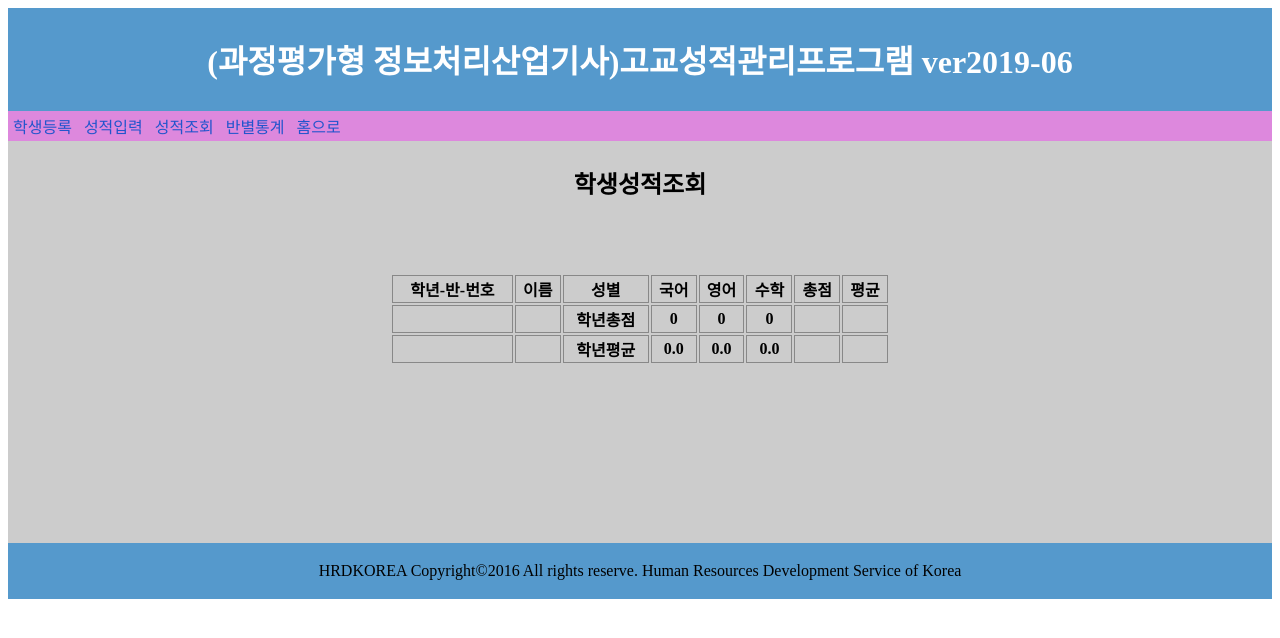
Repository: bolbbal/jdbc
Page: http://localhost/cbq_99/sub3.jsp
These files come from the project's save history. The page is drawn as it stood at one moment and after a run of saves; the edit follows.
The browser window is 1280 px wide. The pictures show the whole page.
The page is served by Tomcat 9. Queries for data that is not in the repository find no rows.

Above is the page before, as saved 2024-08-26 08:07:05.

### javastudy18/jspStudy/cbq_99/cbq_99/WebContent/sub3.jsp
<%@ page language="java" contentType="text/html; charset=UTF-8"
	pageEncoding="UTF-8"%>
<%@ page import="Model.*"%>
<%@ page import="java.sql.*"%>
<%@ page import="java.util.*"%>
<%@ page import="java.text.*"%>
<%
	ScoreDao dao = new ScoreDao();
	List<ScoreVo> list = dao.selectScore();
	ScoreVo totVo = dao.selectScoreTot();
	ScoreVo aveVo = dao.selectScoreAve();
%>
<!DOCTYPE html>
<html>
<head>
<meta charset="UTF-8">
<title>고교성적관리</title>
<style>
header {
	background: #59c;
	padding: 1px;
}

h1 {
	color: #fff;
	text-align: center;
	padding: 6px
}

nav {
	background: #D8D;
	padding: 1px
}

a {
	text-decoration: none;
	color: #25C;
	display: inline-block;
	padding: 2px 4px;
}

section {
	padding: 1px;
	background: #CCC;
	height:400px;
}

h2 {
	text-align: center;
	padding: 3px;
}

footer {
	background: #59c;
	padding: 1px;
}

footer p {
	text-align: center;
	padding: 2px;
}

tr, th, td {
	border-style: solid;
	border-width: 1px;
	border-color: #888;
}

table {
	margin: 0 auto;
	text-align:center;
	width: 600px;
	padding: 50px;
}
</style>

</head>
<body>
	<header>
		<h1>(과정평가형 정보처리산업기사)고교성적관리프로그램 ver2019-06</h1>
	</header>
	<nav>
		<a href="sub1.jsp">학생등록</a>
		<a href="sub2.jsp">성적입력</a>
		<a href="sub3.jsp">성적조회</a>
		<a href="sub4.jsp">반별통계</a>
		<a href="index.jsp">홈으로</a>
	</nav>
	<section>
		<h2>학생성적조회</h2>
		<form name="my" method="post" action="sub2pro.jsp" onsubmit="return check()">
			<table>
				<tr>
					<th>학년-반-번호</th>
					<th>이름</th>
					<th>성별</th>
					<th>국어</th>
					<th>영어</th>
					<th>수학</th>
					<th>총점</th>
					<th>평균</th>
				</tr>
				<%
					for (ScoreVo vo : list) {
				%>
				<tr>
					<th><%=vo.getSyear()%>-<%=vo.getSclass()%>-<%=vo.getSno()%></th>
					<th><%=vo.getSname()%></th>
					<th><%=vo.getGender()%></th>
					<th><%=vo.getKor()%></th>
					<th><%=vo.getEng()%></th>
					<th><%=vo.getMat()%></th>
					<th><%=vo.getTot()%></th>
					<th><%=vo.getAve()%></th>
				</tr>
				<%
					}
				%>

				<tr>
					<th></th>
					<th></th>
					<th>학년총점</th>
					<th><%=totVo.getTkor()%></th>
					<th><%=totVo.getTeng()%></th>
					<th><%=totVo.getTmat()%></th>
					<th></th>
					<th></th>
				</tr>

				<tr>
					<th></th>
					<th></th>
					<th>학년평균</th>
					<th><%=aveVo.getAkor()%></th>
					<th><%=aveVo.getAeng()%></th>
					<th><%=aveVo.getAmat()%></th>
					<th></th>
					<th></th>
				</tr>
			</table>
		</form>
	</section>
	<footer>
		<p>HRDKOREA Copyright&copy;2016 All rights reserve. Human
			Resources Development Service of Korea</p>
	</footer>
</body>
</html>

### javastudy18/jspStudy/cbq_99/cbq_99/src/Model/ScoreDao.java
package Model;

import java.sql.*;
import java.text.DecimalFormat;
import java.util.ArrayList;
import java.util.List;

public class ScoreDao {
	DecimalFormat df = new DecimalFormat("##.0");

	public void close(Connection conn, PreparedStatement pstmt, ResultSet rs) {
		try {
			if (rs != null) {
				rs.close();
			}
			if (pstmt != null) {
				pstmt.close();
			}
			if (conn != null) {
				conn.close();
			}
		} catch (Exception e) {
			e.printStackTrace();
		}
	}

	public void close(Connection conn, PreparedStatement pstmt) {
		try {
			if (pstmt != null) {
				pstmt.close();
			}
			if (conn != null) {
				conn.close();
			}
		} catch (Exception e) {
			e.printStackTrace();
		}
	}

	public void insertStudent(ScoreVo vo) {
		Connection conn = null;
		PreparedStatement pstmt = null;

		String sql = "insert into tbl_student_201905 values (?,?,?,?,?,?,?,?,?)";

		try {
			conn = DBManager.getInstance().getDBManager();
			pstmt = conn.prepareStatement(sql);
			pstmt.setString(1, vo.getSyear());
			pstmt.setString(2, vo.getSclass());
			pstmt.setString(3, vo.getSno());
			pstmt.setString(4, vo.getSname());
			pstmt.setString(5, vo.getBirth());
			pstmt.setString(6, vo.getGender());
			pstmt.setString(7, vo.getTel1());
			pstmt.setString(8, vo.getTel2());
			pstmt.setString(9, vo.getTel3());

			pstmt.executeUpdate();
		} catch (Exception e) {
			e.printStackTrace();
		} finally {
			close(conn, pstmt);
		}
	}

	public void insertScore(ScoreVo vo) {
		Connection conn = null;
		PreparedStatement pstmt = null;

		String sql = "insert into tbl_score_201905 values (?,?,?,?,?,?)";

		try {
			conn = DBManager.getInstance().getDBManager();
			pstmt = conn.prepareStatement(sql);
			pstmt.setString(1, vo.getSyear());
			pstmt.setString(2, vo.getSclass());
			pstmt.setString(3, vo.getSno());
			pstmt.setInt(4, vo.getKor());
			pstmt.setInt(5, vo.getEng());
			pstmt.setInt(6, vo.getMat());

			pstmt.executeUpdate();
		} catch (Exception e) {
			e.printStackTrace();
		} finally {
			close(conn, pstmt);
		}
	}

	public List<ScoreVo> selectScore() {
		Connection conn = null;
		PreparedStatement pstmt = null;
		ResultSet rs = null;

		String sql = "select std.syear, std.sclass, std.sno, std.sname, \r\n" + "decode(std.gender, 'M', '남',\r\n"
				+ "                   'F', '여') as gender, \r\n"
				+ "sc.kor, sc.eng, sc.mat, sum(kor+eng+mat) as tot, \r\n" + "round(avg((kor+eng+mat)/3),1) as ave \r\n"
				+ "from tbl_student_201905 std, tbl_score_201905 sc \r\n"
				+ "where std.sno = sc.sno and std.sclass = sc.sclass\r\n"
				+ "group by std.syear, std.sclass, std.sno, std.sname, sc.kor, \r\n"
				+ "sc.eng, sc.mat, decode(std.gender, 'M', '남', 'F', '여')\r\n" + "order by sclass asc, sno asc";

		List<ScoreVo> list = new ArrayList<ScoreVo>();

		try {
			conn = DBManager.getInstance().getDBManager();
			pstmt = conn.prepareStatement(sql);
			rs = pstmt.executeQuery();

			while (rs.next()) {
				ScoreVo vo = new ScoreVo();
				vo.setSyear(rs.getString("syear"));
				vo.setSclass(rs.getString("sclass"));
				vo.setSno(rs.getString("sno"));
				vo.setSname(rs.getString("sname"));
				vo.setGender(rs.getString("gender"));
				vo.setKor(rs.getInt("kor"));
				vo.setEng(rs.getInt("eng"));
				vo.setMat(rs.getInt("mat"));
				vo.setTot(rs.getInt("tot"));
				double ave = rs.getDouble("ave");
				df.format(ave);
				vo.setAve(ave);

				list.add(vo);
			}
		} catch (Exception e) {
			e.printStackTrace();
		} finally {
			close(conn, pstmt);
		}
		return list;
	}

	public List<ScoreVo> selectClassScore() {
		Connection conn = null;
		PreparedStatement pstmt = null;
		ResultSet rs = null;

		String sql = "select dept.syear, dept.sclass, dept.tname, \r\n"
				+ "sum(kor) as tkor, sum(eng) as teng, sum(mat) as tmat,\r\n"
				+ "round(avg(kor),1) as akor, round(avg(eng),1) as aeng, round(avg(mat),1) as amat\r\n"
				+ "from tbl_dept_201905 dept, tbl_score_201905 score\r\n" + "where dept.sclass = score.sclass\r\n"
				+ "group by dept.syear, dept.tname, dept.sclass order by dept.sclass asc";

		List<ScoreVo> list = new ArrayList<ScoreVo>();

		try {
			conn = DBManager.getInstance().getDBManager();
			pstmt = conn.prepareStatement(sql);
			rs = pstmt.executeQuery();

			while (rs.next()) {
				ScoreVo vo = new ScoreVo();
				vo.setSyear(rs.getString("syear"));
				vo.setSclass(rs.getString("sclass"));
				vo.setTname(rs.getString("tname"));
				vo.setTkor(rs.getInt("tkor"));
				vo.setTeng(rs.getInt("teng"));
				vo.setTmat(rs.getInt("tmat"));

				double akor = rs.getDouble("akor");
				df.format(akor);
				vo.setAkor(akor);

				double aeng = rs.getDouble("aeng");
				df.format(aeng);
				vo.setAeng(aeng);

				double amat = rs.getDouble("amat");
				df.format(amat);
				vo.setAmat(amat);

				list.add(vo);
			}
		} catch (Exception e) {
			e.printStackTrace();
		} finally {
			close(conn, pstmt);
		}
		return list;
	}

	public ScoreVo selectScoreTot() {
		Connection conn = null;
		PreparedStatement pstmt = null;
		ResultSet rs = null;

		String sql = "select sum(kor) as tkor, sum(eng) as teng, sum(mat) as tmat\r\n" + "from tbl_score_201905";

		ScoreVo vo = new ScoreVo();

		try {
			conn = DBManager.getInstance().getDBManager();
			pstmt = conn.prepareStatement(sql);
			rs = pstmt.executeQuery();

			if (rs.next()) {

				vo.setTkor(rs.getInt("tkor"));
				vo.setTeng(rs.getInt("teng"));
				vo.setTmat(rs.getInt("tmat"));

			}
		} catch (Exception e) {
			e.printStackTrace();
		} finally {
			close(conn, pstmt);
		}
		return vo;
	}

	public ScoreVo selectScoreAve() {
		Connection conn = null;
		PreparedStatement pstmt = null;
		ResultSet rs = null;

		String sql = "select avg(kor) as akor, avg(eng) as aeng, avg(mat) as amat\r\n" +
				"from tbl_score_201905";

		ScoreVo vo = new ScoreVo();

		try {
			conn = DBManager.getInstance().getDBManager();
			pstmt = conn.prepareStatement(sql);
			rs = pstmt.executeQuery();

			if (rs.next()) {

				double akor = rs.getDouble("akor");
				df.format(akor);
				vo.setAkor(akor);

				double aeng = rs.getDouble("aeng");
				df.format(aeng);
				vo.setAeng(aeng);

				double amat = rs.getDouble("amat");
				df.format(amat);
				vo.setAmat(amat);
			}
		} catch (Exception e) {
			e.printStackTrace();
		} finally {
			close(conn, pstmt);
		}
		return vo;
	}
}

### javastudy18/jspStudy/cbq_99/cbq_99/src/Model/DBManager.java
package Model;

import java.sql.Connection;
import java.sql.DriverManager;

public class DBManager {
	private static DBManager instance = new DBManager();
	private DBManager() {

	}

	public static DBManager getInstance() {
		return instance;
	}

	public Connection getDBManager() {
		Connection conn = null;

		String driver = "oracle.jdbc.driver.OracleDriver";
		String url = "jdbc:oracle:thin:@localhost:1521:xe";
		String id = "jsl18";
		String pw = "1234";

		try {
			Class.forName(driver);
			conn = DriverManager.getConnection(url,id,pw);
		} catch (Exception e) {
			e.printStackTrace();
		}

		return conn;
	}
}

### javastudy18/jspStudy/cbq_99/cbq_99/src/Model/ScoreVo.java
package Model;

public class ScoreVo {
	private String syear;
	private String sclass;
	private String sno;
	private String sname;
	private String birth;
	private String gender;
	private String tel1;
	private String tel2;
	private String tel3;
	private int kor;
	private int eng;
	private int mat;
	private int tot;
	private double ave;
	private int tkor;
	private int teng;
	private int tmat;
	private double akor;
	private double aeng;
	private double amat;
	private String tname;

	public String getTname() {
		return tname;
	}
	public void setTname(String tname) {
		this.tname = tname;
	}
	public int getTkor() {
		return tkor;
	}
	public void setTkor(int tkor) {
		this.tkor = tkor;
	}
	public int getTeng() {
		return teng;
	}
	public void setTeng(int teng) {
		this.teng = teng;
	}
	public int getTmat() {
		return tmat;
	}
	public void setTmat(int tmat) {
		this.tmat = tmat;
	}
	public double getAkor() {
		return akor;
	}
	public void setAkor(double akor) {
		this.akor = akor;
	}
	public double getAeng() {
		return aeng;
	}
	public void setAeng(double aeng) {
		this.aeng = aeng;
	}
	public double getAmat() {
		return amat;
	}
	public void setAmat(double amat) {
		this.amat = amat;
	}
	public int getTot() {
		return tot;
	}
	public void setTot(int tot) {
		this.tot = tot;
	}
	public double getAve() {
		return ave;
	}
	public void setAve(double ave) {
		this.ave = ave;
	}
	public int getKor() {
		return kor;
	}
	public void setKor(int kor) {
		this.kor = kor;
	}
	public int getEng() {
		return eng;
	}
	public void setEng(int eng) {
		this.eng = eng;
	}
	public int getMat() {
		return mat;
	}
	public void setMat(int mat) {
		this.mat = mat;
	}
	public String getSyear() {
		return syear;
	}
	public void setSyear(String syear) {
		this.syear = syear;
	}
	public String getSclass() {
		return sclass;
	}
	public void setSclass(String sclass) {
		this.sclass = sclass;
	}
	public String getSno() {
		return sno;
	}
	public void setSno(String sno) {
		this.sno = sno;
	}
	public String getSname() {
		return sname;
	}
	public void setSname(String sname) {
		this.sname = sname;
	}
	public String getBirth() {
		return birth;
	}
	public void setBirth(String birth) {
		this.birth = birth;
	}
	public String getGender() {
		return gender;
	}
	public void setGender(String gender) {
		this.gender = gender;
	}
	public String getTel1() {
		return tel1;
	}
	public void setTel1(String tel1) {
		this.tel1 = tel1;
	}
	public String getTel2() {
		return tel2;
	}
	public void setTel2(String tel2) {
		this.tel2 = tel2;
	}
	public String getTel3() {
		return tel3;
	}
	public void setTel3(String tel3) {
		this.tel3 = tel3;
	}


}

After the next 2 saves:
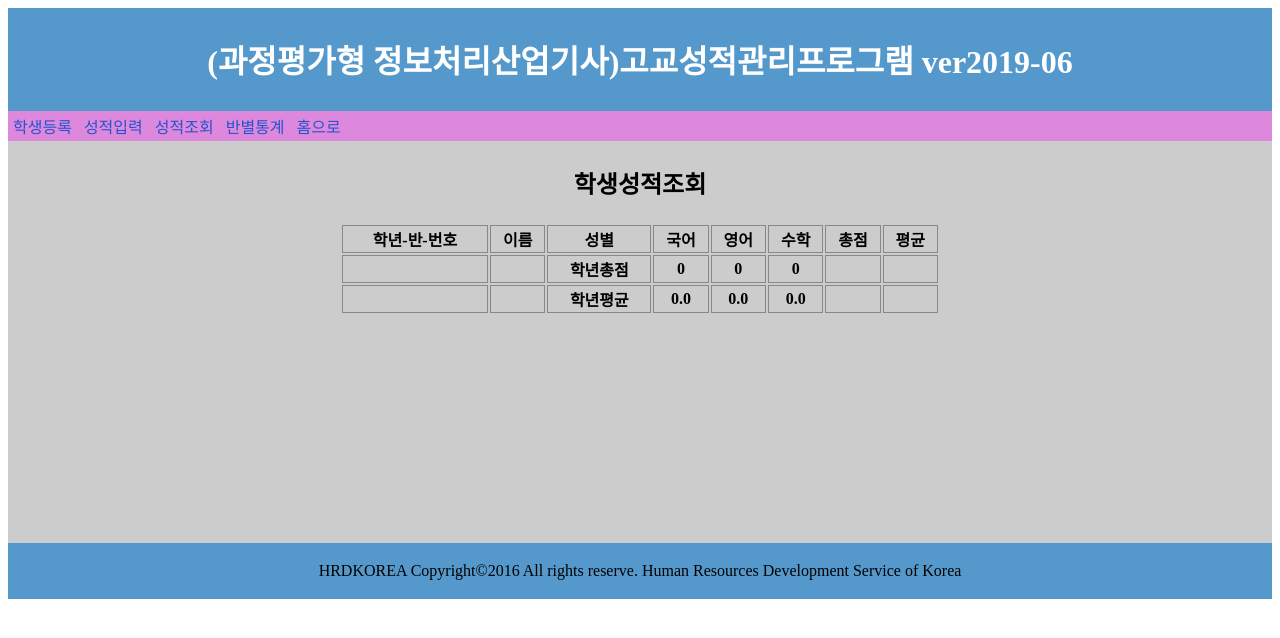
The 2 saves are shown as one change because they came seconds apart.
The last was saved 18 s later.
--- a/javastudy18/jspStudy/cbq_99/cbq_99/WebContent/sub3.jsp
+++ b/javastudy18/jspStudy/cbq_99/cbq_99/WebContent/sub3.jsp
@@ -70,7 +70,7 @@
 	margin: 0 auto;
 	text-align:center;
 	width: 600px;
-	padding: 50px;
+	padding-bottom: 10px;
 }
 </style>
 
